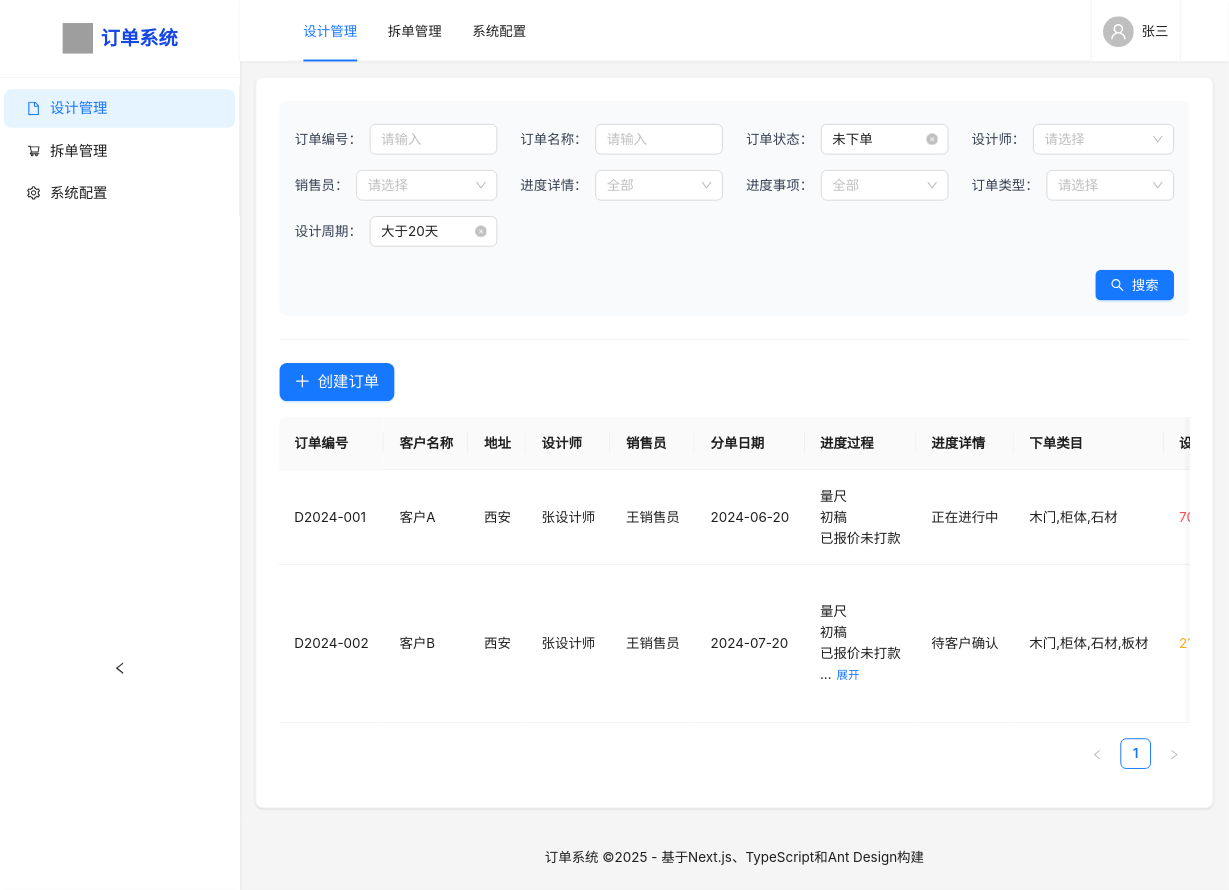
Repository: Garyxiwang/order_system
Page: /design (app in front/)
These files come from the project's save history. The page is drawn as it stood at one moment and after the next save; the edit follows.
The browser window is 1280 px wide. The pictures show the whole page, at 96% of full size.
Pictures or frames that could not be fetched are drawn as grey boxes. The project was rebuilt for these pictures with package versions that can differ from the ones it lists, and the page was loaded fresh each time. The framework's server and built-in components were replaced by stand-ins that run in the browser. Also part of the build but not shown: front/next.config.js, front/next.config.ts.

Above is the page before, as saved 2025-08-04 15:41:27.

After the next save:
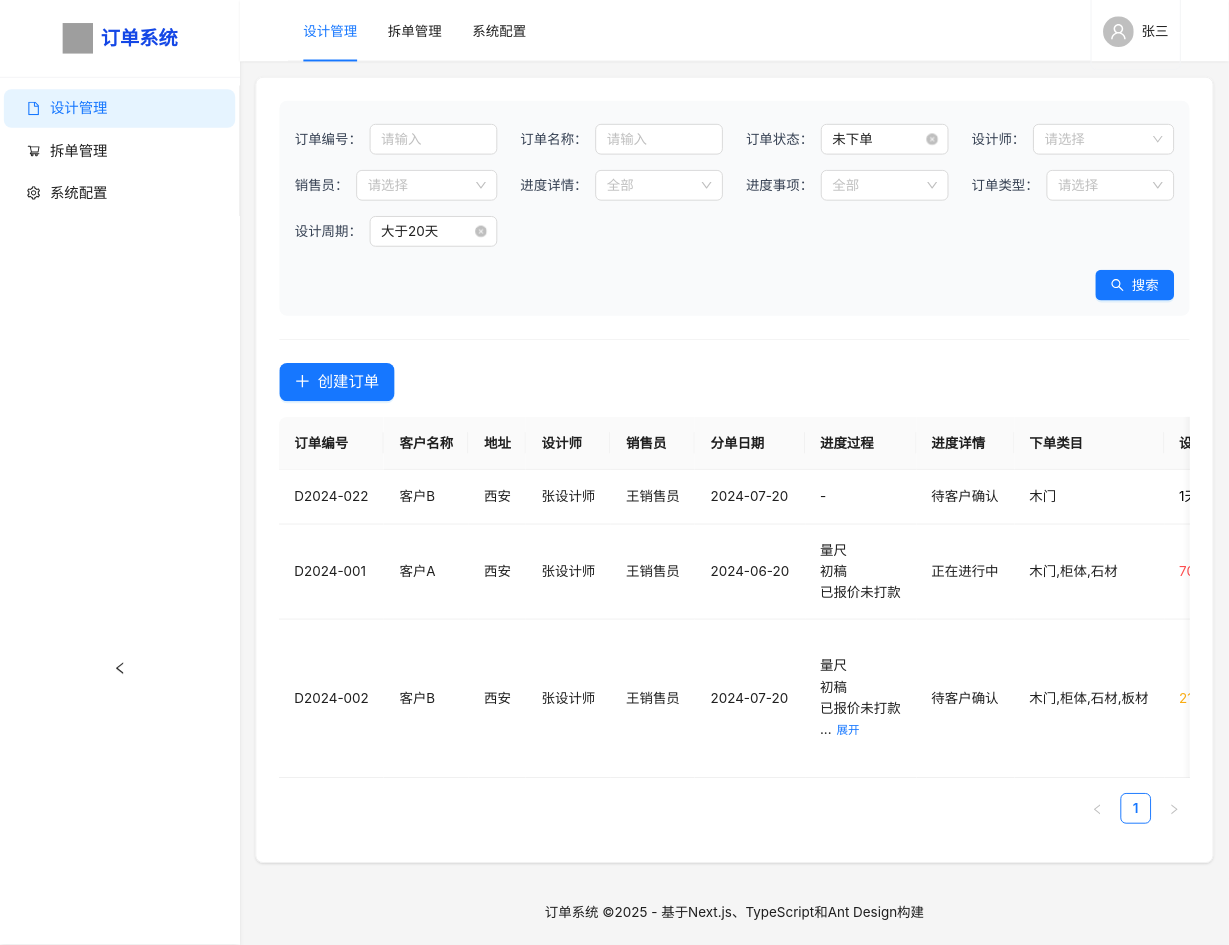
Saved 51 s later.
--- a/front/src/app/design/page.tsx
+++ b/front/src/app/design/page.tsx
@@ -25,6 +25,21 @@ const DesignPage: React.FC = () => {
 
   // 模拟设计页数据
   const designData = [
+    {
+      designNumber: "D2024-022",
+      customerName: "客户B",
+      address: "西安",
+      designer: "张设计师",
+      salesperson: "王销售员",
+      splitTime: "2024-07-20",
+      progress: "",
+      progressDetail: "待客户确认",
+      category: "木门",
+      cycle: "1天",
+      state: "已下单",
+      orderType: "设计单",
+      remark: "",
+    },
     {
       designNumber: "D2024-001",
       customerName: "客户A",
